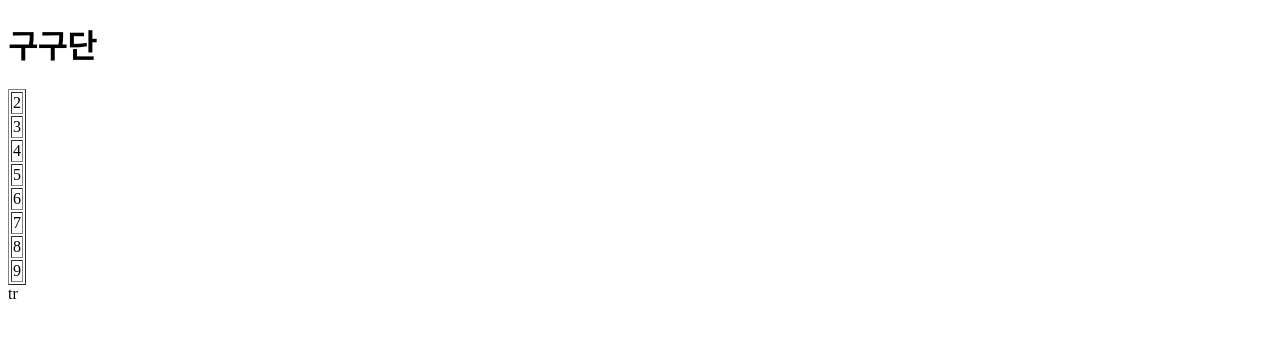
Repository: jihyeon00/java_web_sol
Page: http://localhost/jspweb_07/gugu.jsp
An editor plug-in stored every save of this project. The page is shown before and after the next save, followed by the edit.
The browser window is 1280 px wide. The pictures show the whole page.
The page is served by Tomcat 9.

Above is the page before, as saved 2024-01-11 02:37:00.

After the next save:
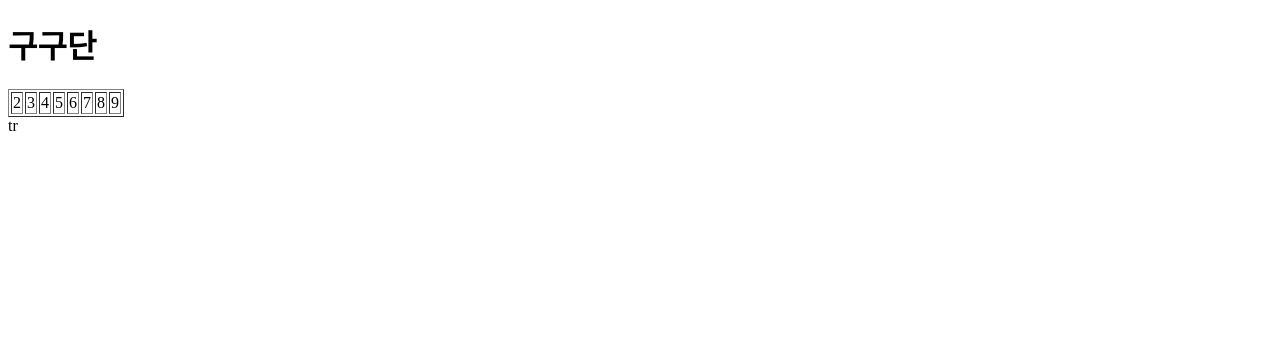
Saved 23 s later.
--- a/workspace_stsb/jspweb_07/src/main/webapp/gugu.jsp
+++ b/workspace_stsb/jspweb_07/src/main/webapp/gugu.jsp
@@ -11,12 +11,12 @@
 	<%
 		out.println("<table border ='1'>");
 
+				out.println("<tr>");
 		for(int i = 2; i<=9;i++){
-				out.println("<tr>");
 				out.println("<td>"+ i +"</td>");
+			}
 				out.println("</tr>");
 			for(int j=1;j<=9;j++){
-			}
 		}
 
 
